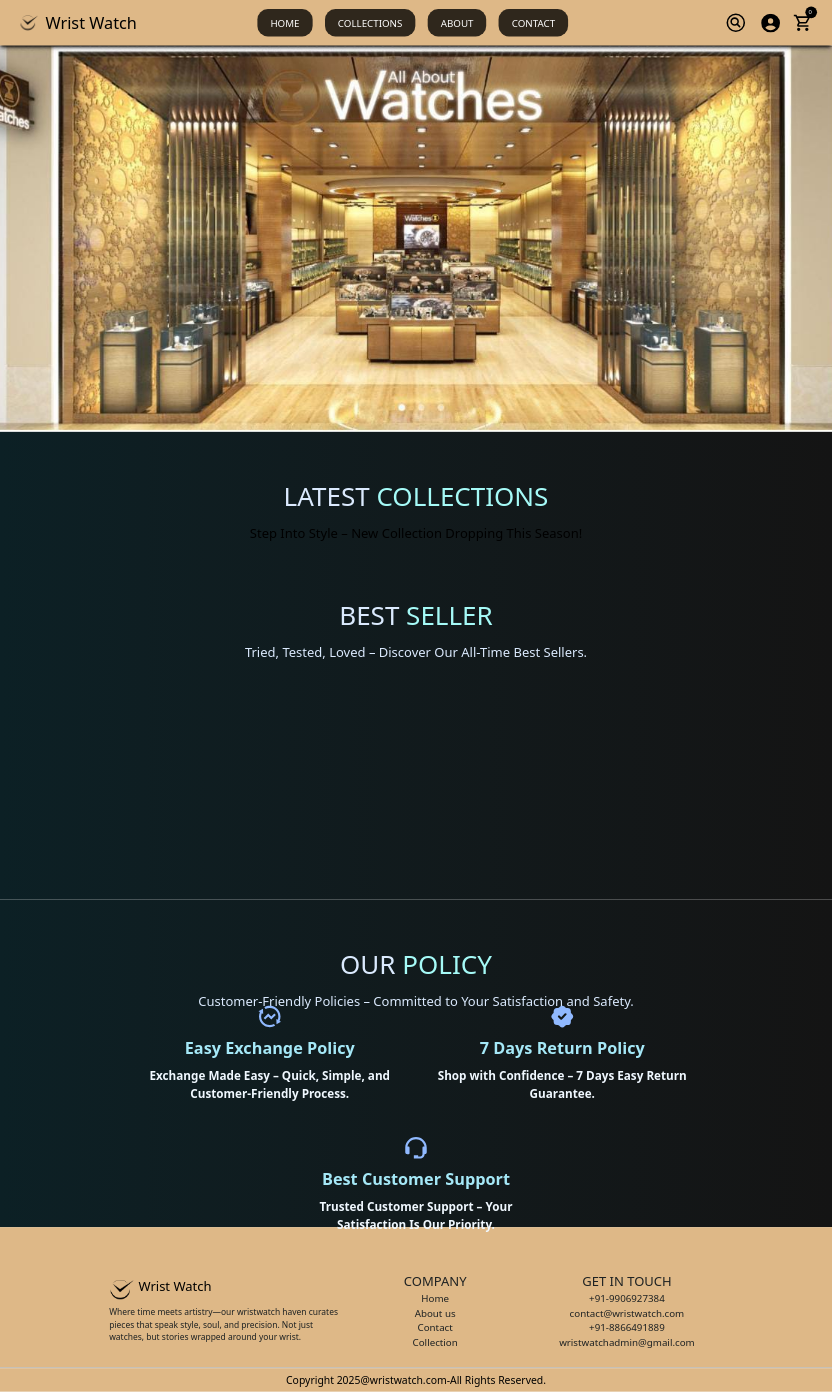
Repository: mansibhanushali/online_watch_ecommerce_mernstack_webapplication
Page: / (app in frontend/)
These files come from the project's save history. The page is drawn as it stood at one moment and after the next save; the edit follows.
The browser window is 1280 px wide. The pictures show the whole page, at 65% of full size.
The page's requests for data from a server got no answer. The project was rebuilt for these pictures with package versions that can differ from the ones it lists, and the page was loaded fresh each time. No one was signed in, and anything a server would have sent is missing. Also part of the build but not shown: frontend/vite.config.js, frontend/src/component/Loading.jsx, frontend/src/pages/Registration.jsx, frontend/src/component/Card.jsx, frontend/src/pages/Login.jsx, frontend/src/pages/About.jsx, frontend/src/pages/Collections.jsx, frontend/src/pages/Contact.jsx and 6 more.

Above is the page before, as saved 2025-08-15 22:34:25.

After the next save:
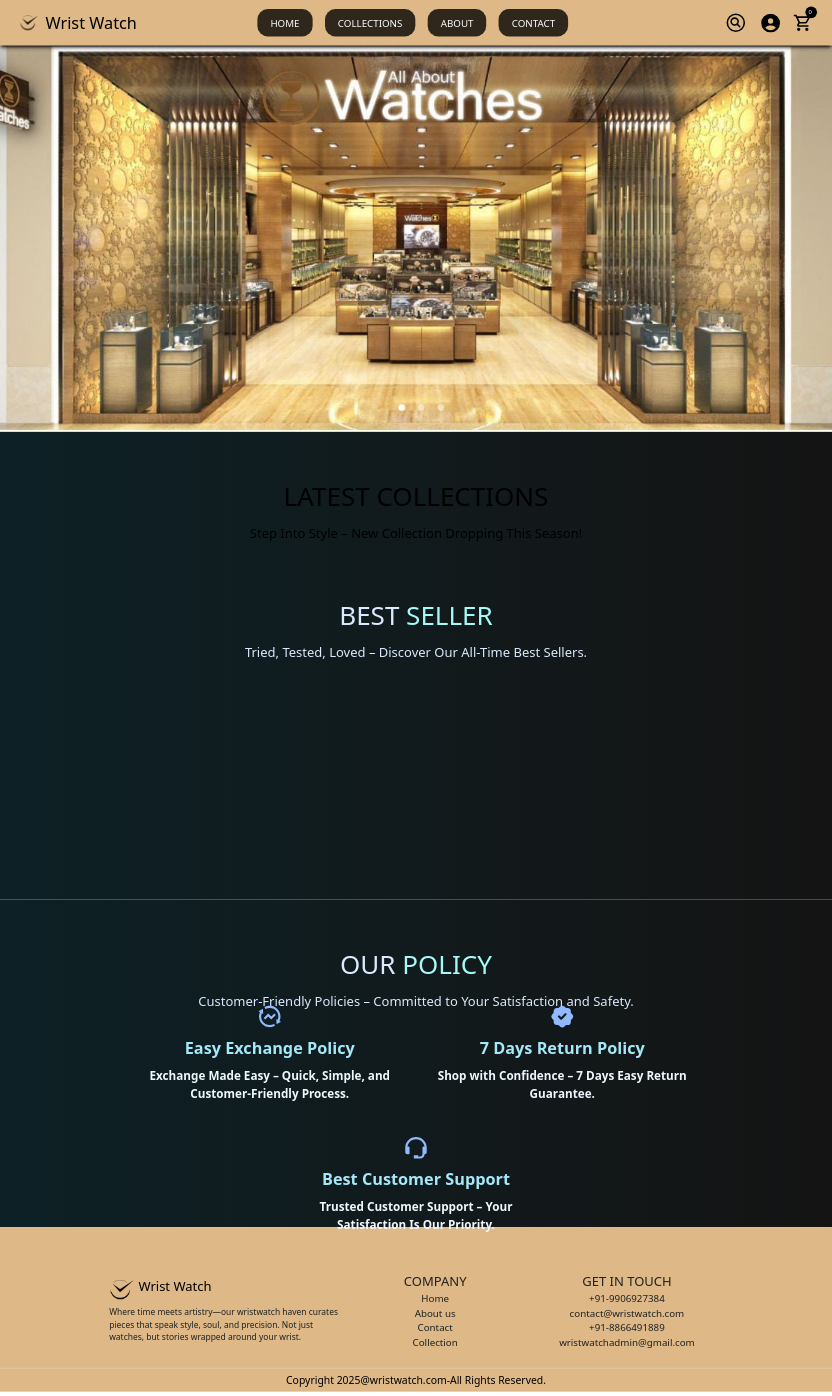
Saved 26 s later.
--- a/frontend/src/component/LatestCollection.jsx
+++ b/frontend/src/component/LatestCollection.jsx
@@ -14,7 +14,7 @@ function LatestCollection() {
   return (
     <div>
       <div className='h-[8%] w-[100%] text-center md:mt-[50px]  '>
-        <Title text1={"LATEST"} text2={"COLLECTIONS"}/>
+        <Title text1={<span className='text-black'>LATEST</span>} text2={<span className='text-black'>COLLECTIONS</span>}/>
         <p className='w-[100%] m-auto text-[13px] md:text-[20px] px-[10px] text-black'>Step Into Style – New Collection Dropping This Season!</p>
       </div>
       <div className='w-[100%] h-[50%] mt-[30px] flex items-center justify-center flex-wrap gap-[50px]'>
